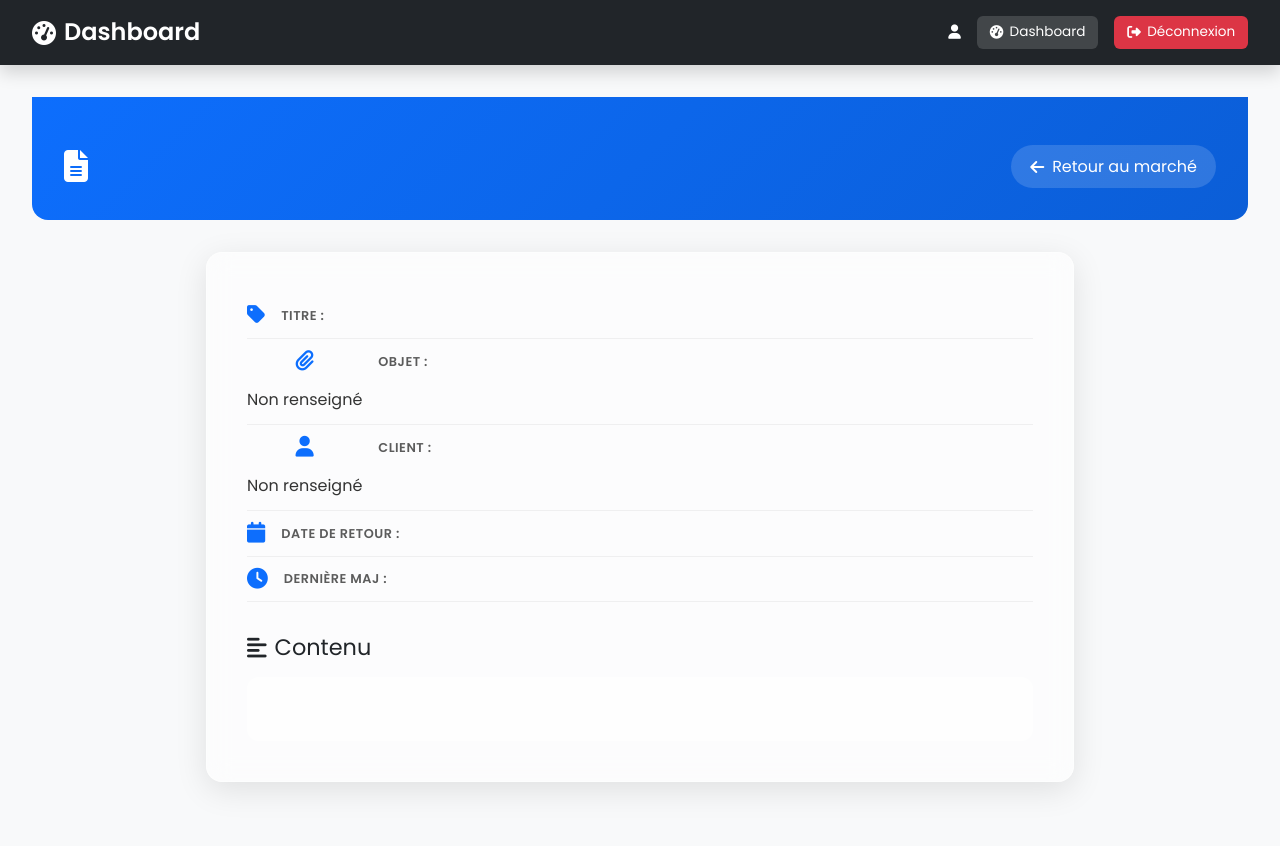
Repository: Andriatiana669/Retour_XP
Page: marches/templates/marches/carte_detail.html
An editor plug-in stored every save of this project. The page is shown before and after the next save, followed by the edit.
The browser window is 1280 px wide. The pictures show the whole page.
The page is served by the project's application, run on Django 5.2 (manage.py). The template is opened directly, without the code that normally fills it, so the values that code supplies are empty.

Above is the page before, as saved 2026-01-08 15:44:43.

After the next save:
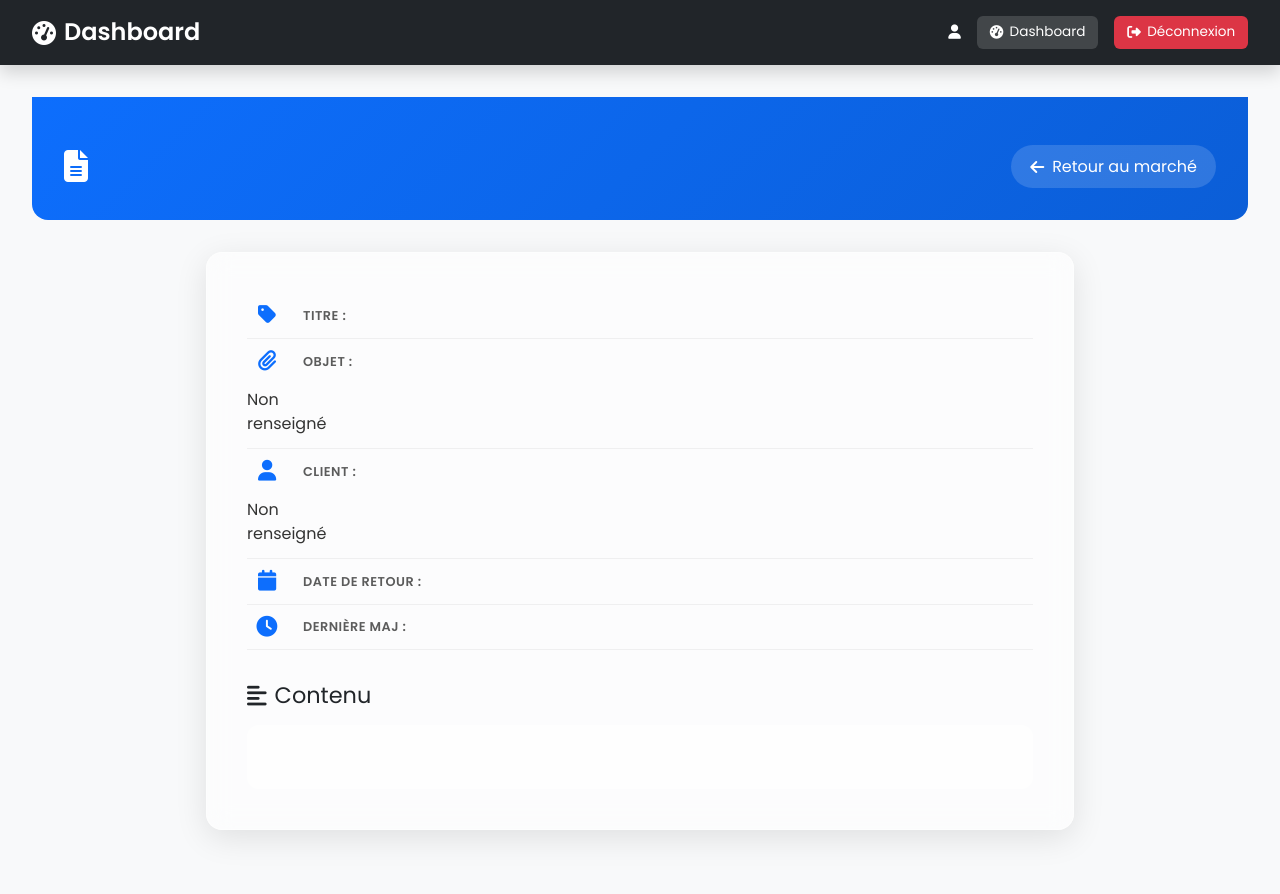
Saved 4 min 52 s later.
--- a/marches/static/marches/css/carte_detail.css
+++ b/marches/static/marches/css/carte_detail.css
@@ -74,7 +74,7 @@
 
 .detail-row {
   display: grid;
-  grid-template-columns: auto 1fr;
+  grid-template-columns: 40px 1fr;
   align-items: center;
   gap: 1rem;
   padding: 0.75rem 0;
